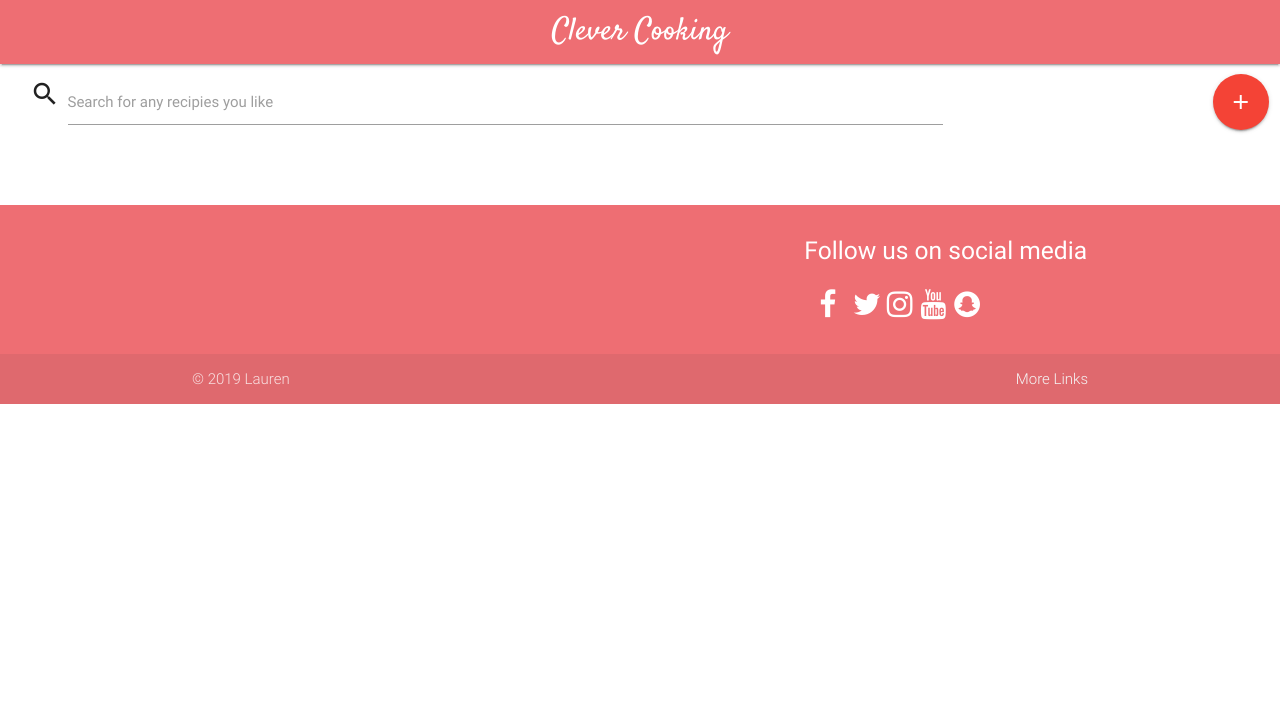
Repository: Code-Institute-Submissions/online-recipe-cookbook
Page: http://localhost/
The author's editor kept a record of every edit. The page is drawn from the files as they stood at one moment, then again after the next edit.
The browser window is 1280 px wide. The pictures show the whole page.
Some web libraries are served in a nearby version. The page is served by the project's application, run on Flask 3 (app.py). Queries for data that is not in the repository find no rows.

Above is the page before.

After the next edit:
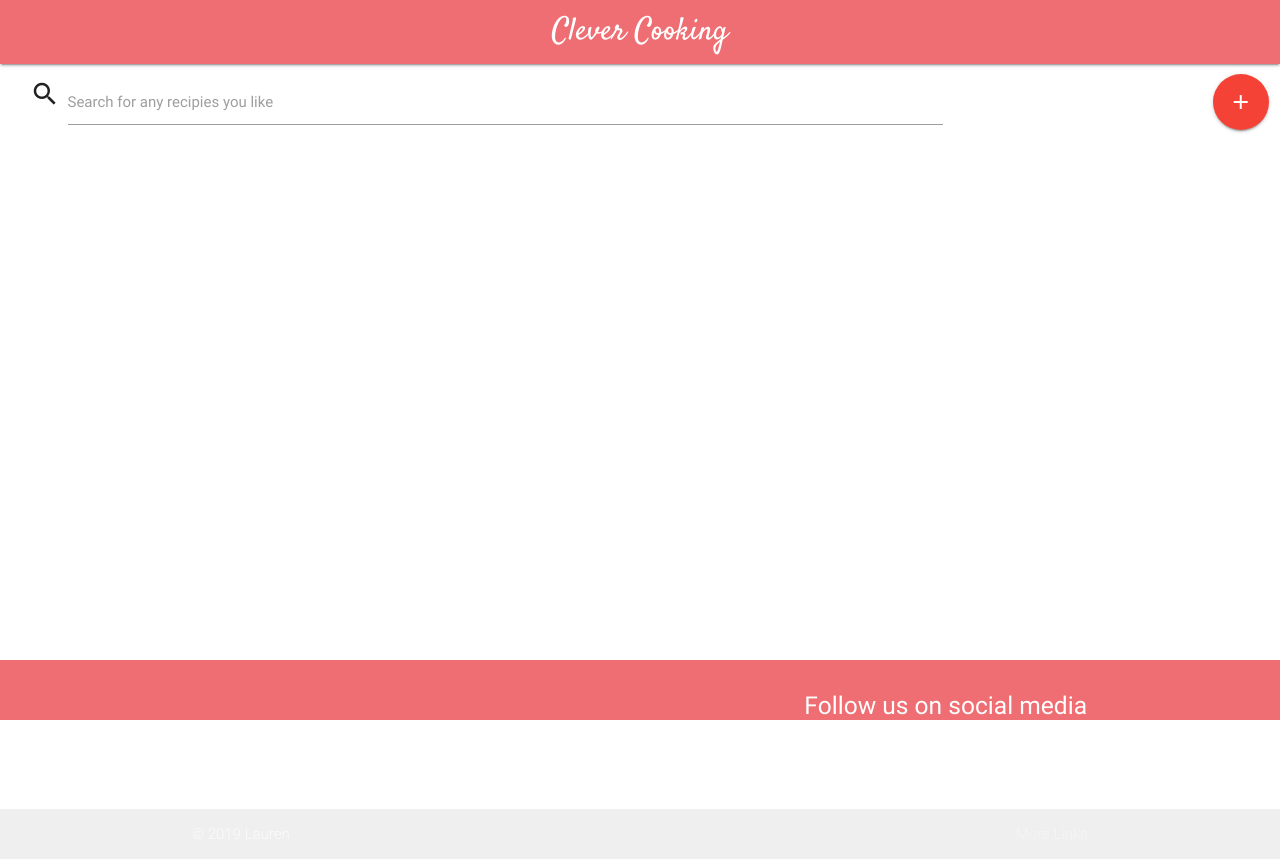
The edit:
--- a/static/css/style.css
+++ b/static/css/style.css
@@ -26,3 +26,11 @@ h4{
   padding-left: 1em;
   padding-right: 1em;
 }
+
+footer {
+   position:absolute;
+   bottom:0;
+   width:100%;
+   height:60px;   /* Height of the footer */
+   background:#6cf;
+}
